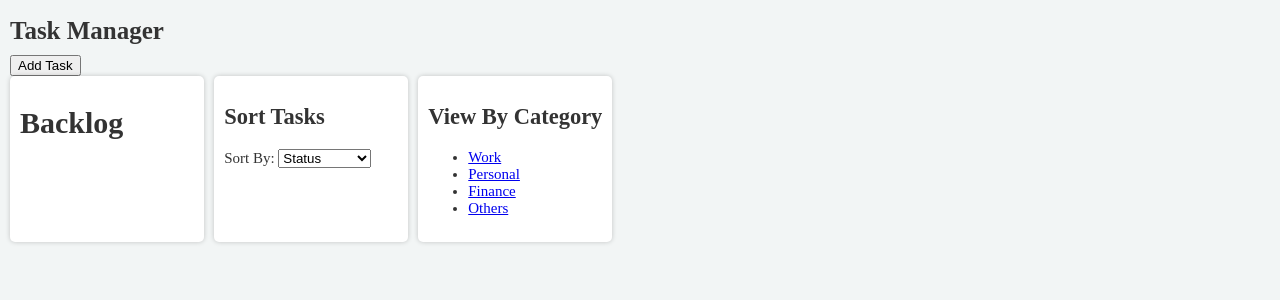
Repository: n-shen/task-tracker
Page: / (app in frontend/)
These files come from the project's save history. The page is drawn as it stood at one moment and after the next save; the edit follows.
The browser window is 1280 px wide. The pictures show the whole page.
The project was rebuilt for these pictures with package versions that can differ from the ones it lists, and the page was loaded fresh each time. Also part of the build but not shown: frontend/src/components/taskManager/addTask.jsx, frontend/src/components/tasks/task.jsx, frontend/src/components/taskManager/categoryTasks.jsx. Imported but missing from the stored project, and not drawn on this page: frontend/src/reportWebVitals.

Above is the page before, as saved 2023-04-20 13:19:08.

After the next save:
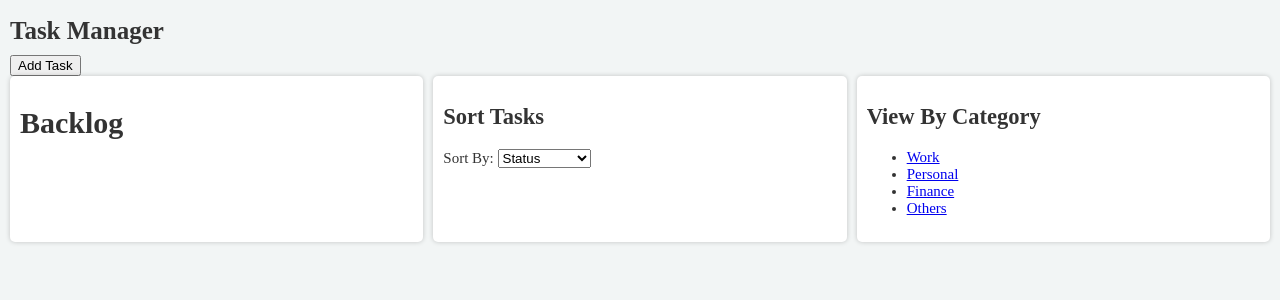
Saved 14 s later.
--- a/frontend/src/styles/manager.css
+++ b/frontend/src/styles/manager.css
@@ -4,7 +4,7 @@
     min-height: 100vh;
     display: flex;
     flex-direction: column;
-    align-items: flex-start;
+    /* align-items: flex-start; */
     font-family: 'Fira Sans';
     font-size: 1.5rem;
     font-weight: 400;
